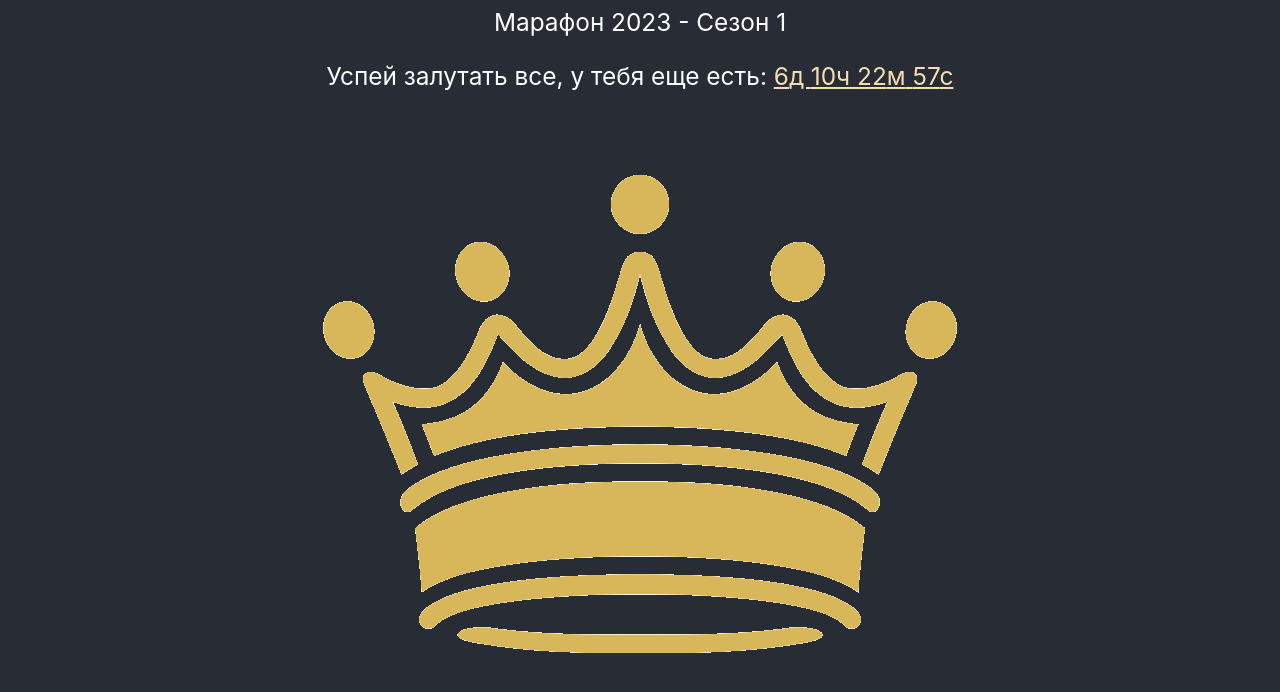
Repository: bandikost/capers
Page: /main
The author's editor kept a copy of each file at every save. The page is drawn from the files as they stood at one save, then again after a run of saves.
The browser window is 1280 px wide. The pictures show the whole page.
The page's requests for data from a server got no answer. The project was rebuilt for these pictures with package versions that can differ from the ones it lists, and the page was loaded fresh each time. No one was signed in, and anything a server would have sent is missing.

Above is the page before, as saved 2023-04-10 16:03:42.

### src/App.js
import logo from './logo.svg';
import './App.css';
import { BrowserRouter, Routes, Route } from "react-router-dom";
import Main from './components/Main';


function App() {
  return (
    <div className="App">
      <header className="App-header">
      <BrowserRouter >
        <Routes>
            <Route path='/main' element={<Main />}/>

        </Routes>
      </BrowserRouter>
      </header>
    </div>
  );
}

export default App;

### src/App.css
.App {
  text-align: center;
}

.App-logo {
  height: 40vmin;
  pointer-events: none;
}


.App-header {
  background-color: #282c34;
  min-height: 100vh;
  display: flex;
  flex-direction: column;
  align-items: center;
  justify-content: center;
  font-size: calc(10px + 2vmin);
  color: white;
  padding: 0 20px;
}

.App-link {
  color: #61dafb;
}


.table {
  height: auto;
  margin: 0 auto 0;
}

.cell {
  border: 1px solid white;
  border-radius: 10px;
  width: 300px;
  margin: 50px 0px;
  display: flex;
  justify-content: space-between;
}

.cell p {
  padding: 0 20px;
}

.button {
  display: block;
  width: 120px;
  position: relative;
  z-index: 10;
  left: -140%;
  margin-top: -60px;
  height: 50px;
  opacity: 0;
}

.container {
  display: flex;
    margin: 0 auto 0;
    flex-direction: column;
}

.table .cell:before {
  content: attr(data-number) ". ";
  position: relative;
  margin-left: -40px;
  margin-top: 20px;
  display: flex;
  padding: 0 5px;
  align-items: center;
}


.table .cell:before {
  color: gold;
  font-size: 40px;
}
.table .cell:nth-child(2):before {
  color: silver;
  font-size: 35px;
}
.table .cell:nth-child(3):before {
  color: #D2B48C;
  font-size: 30px;
}

.table .cell:nth-child(4):before {
  color: white;
  font-size: 25px;
}

### src/components/Main.jsx
import React, { useState, useEffect } from "react";
import firebase from "../firebase";
import crown from "./images/pngegg.png"


export const Main = () => {
  const [name, setName] = useState({});
  const [balance, setbalance] = useState({});
  const [editingUser, setEditingUser] = useState(null);
  const [targetDate, setTargetDate] = useState(new Date("2023-04-16T21:00:00.000Z"));
  const [timeRemaining, setTimeRemaining] = useState({});

  useEffect(() => {
    const balanceRef = firebase.database().ref("balance");
    balanceRef.on("value", (snapshot) => {
      const data = snapshot.val();
      setbalance(data);
    });
  }, []);

  useEffect(() => {
    const nameRef = firebase.database().ref("name");
    nameRef.on("value", (snapshot) => {
      const data = snapshot.val();
      setName(data);
    });
  }, []);

  useEffect(() => {
    const timer = setInterval(() => {
      setTimeRemaining(calculateTimeRemaining(targetDate));
    }, 1000);
    return () => clearInterval(timer);
  }, [targetDate]);

  function calculateTimeRemaining(targetDate) {
    const difference = +targetDate - +new Date();
    const timeRemaining = {};

    if (difference > 0) {
      timeRemaining.days = Math.floor(difference / (1000 * 60 * 60 * 24));
      timeRemaining.hours = Math.floor((difference / (1000 * 60 * 60)) % 24);
      timeRemaining.minutes = Math.floor((difference / 1000 / 60) % 60);
      timeRemaining.seconds = Math.floor((difference / 1000) % 60);
    } else {
      timeRemaining.days = 0;
      timeRemaining.hours = 0;
      timeRemaining.minutes = 0;
      timeRemaining.seconds = 0;
    }

    return timeRemaining;
  }

  const handleEditClick = (user) => {
    setEditingUser(user);
  };

  const handleSaveClick = () => {
    setEditingUser(null);
  };

  const sortedBalances = Object.entries(balance).sort((a, b) => b[1] - a[1]);

  return (
    <div className="container">
      Марафон 2023 - Сезон 1
      <p>
       Успей залутать все, у тебя еще есть: <span style={{color: "wheat", textDecoration: "underline"}}>
       {timeRemaining.days}д {timeRemaining.hours}ч {timeRemaining.minutes}м{" "}
        {timeRemaining.seconds}с
        </span>
      </p>
      <img src={crown} />
    <div className="table">
      {sortedBalances.map((entry, index) => (
        <div className="cell" key={entry[0]} data-number={index + 1}>
          <p >{name[entry[0]]}</p>
          <hr />
          {editingUser === entry[0] ? (
            <div>
              <input style={{width: "150px"}}
                type="text"
                value={balance[entry[0]]}
                onChange={(e) =>
                  firebase.database().ref(`balance/${entry[0]}`).set(e.target.value)
                }
              />
              <button onClick={handleSaveClick}>сохранить</button>
            </div>
          ) : (
            <div>
              <p>{entry[1]}<span style={{marginLeft: "5px"}}>₽</span></p>
              <button onClick={() => handleEditClick(entry[0])} className="button" style={{cursor: "pointer"}}>ред.</button>
            </div>
          )}
        </div>
      ))}
    </div>
    </div>
  );
};

export default Main;

### src/firebase.js

import "firebase/database";
import firebase from "firebase/compat/app";
import "firebase/compat/database";
import { getAuth } from "firebase/auth";
import { getFirestore } from "firebase/firestore";
import { getStorage, ref } from "firebase/storage";


const firebaseConfig = {
    apiKey: "AIzaSyBp1x8lQCSbuPwbK_sXJ7eGkGpN9c7ONY8",
    authDomain: "capers-a3171.firebaseapp.com",
    databaseURL: "https://capers-a3171-default-rtdb.europe-west1.firebasedatabase.app",
    projectId: "capers-a3171",
    storageBucket: "capers-a3171.appspot.com",
    messagingSenderId: "794243042023",
    appId: "1:794243042023:web:668504b8bdcbe9b7c63042",
    measurementId: "G-7YW48MQCSP"
  };

firebase.initializeApp(firebaseConfig);

export const auth = getAuth();
export const storage = getStorage()
export const db = getFirestore();
export default firebase;

Loaded but not shown: public/index.html (common file); src/index.js (common file); src/index.css (common file); src/reportWebVitals.js (common file)

After the next 3 saves:
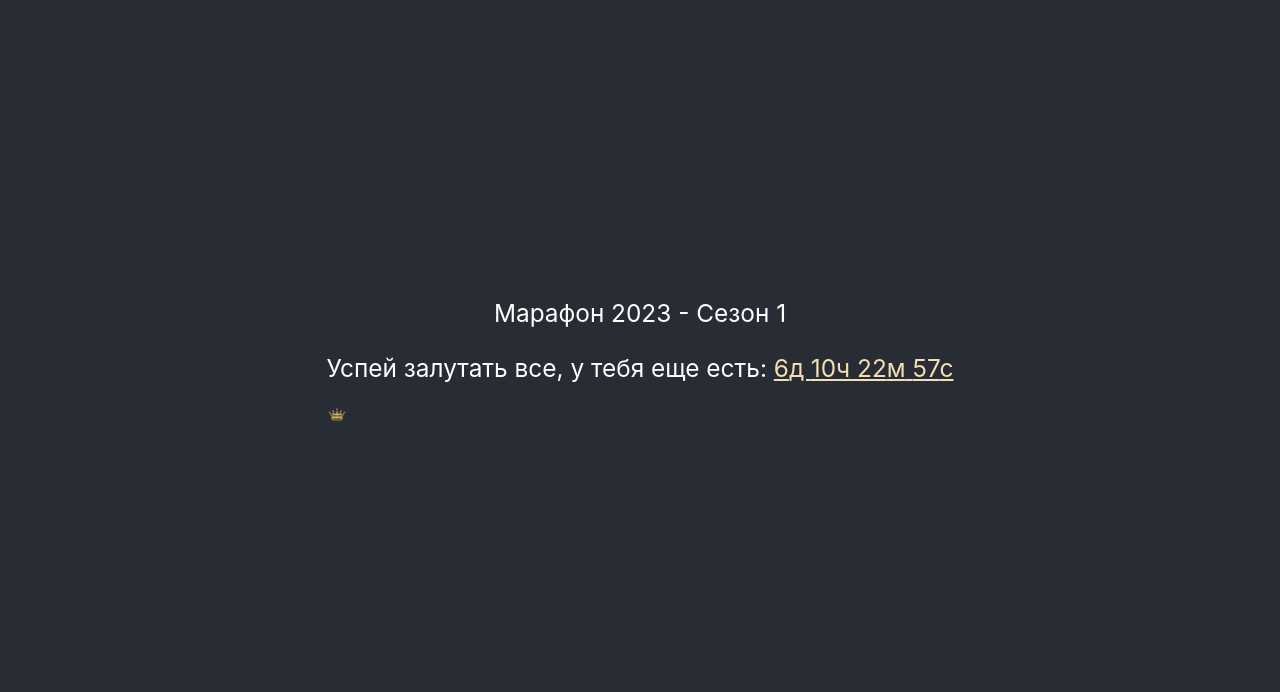
The 3 saves are shown as one change because 2 did not build or start.
The last was saved 18 s later.
--- a/src/components/Main.jsx
+++ b/src/components/Main.jsx
@@ -71,7 +71,7 @@ export const Main = () => {
         {timeRemaining.seconds}с
         </span>
       </p>
-      <img src={crown} />
+      <img src={crown} width={"20px"} />
     <div className="table">
       {sortedBalances.map((entry, index) => (
         <div className="cell" key={entry[0]} data-number={index + 1}>
